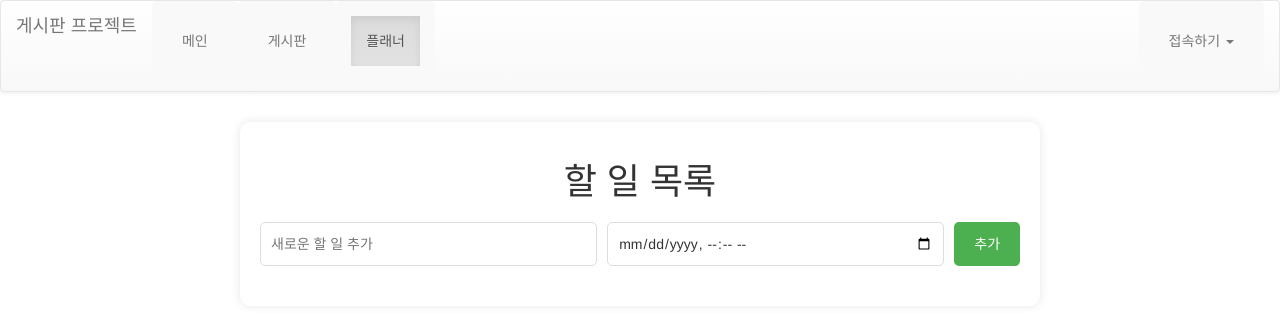
Repository: Seok7975/JSP-Education
Page: http://localhost/BBS/planner.jsp
An editor plug-in stored every save of this project. The page is shown before and after the next save, followed by the edit.
The browser window is 1280 px wide. The pictures show the whole page.
Some web libraries are served in a nearby version. The page is served by Tomcat 9.

Above is the page before, as saved 2024-06-10 06:52:20.

After the next save:
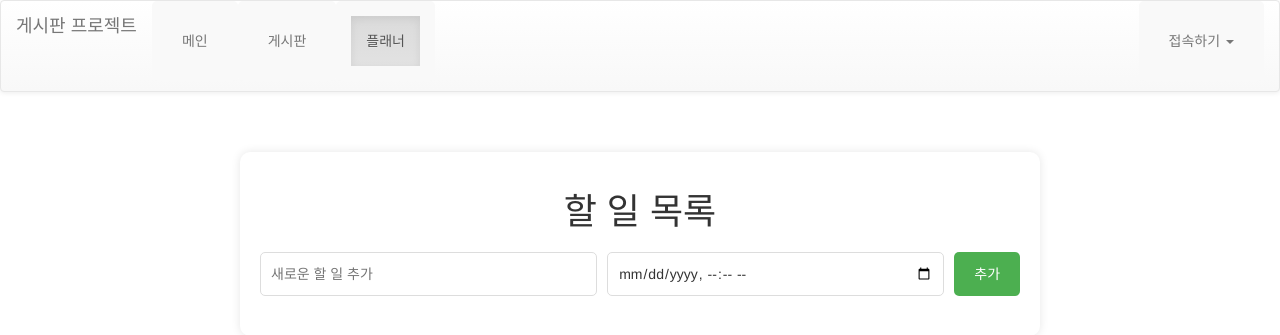
Saved 109 s later.
--- a/List_Projects/BBS/src/main/webapp/planner.jsp
+++ b/List_Projects/BBS/src/main/webapp/planner.jsp
@@ -16,7 +16,7 @@
     <style>
             .container2 {
             max-width: 800px;
-            margin: 30px auto;
+            margin: 60px auto;
             padding: 20px;
             background: #fff;
             border-radius: 10px;

After the save that followed:
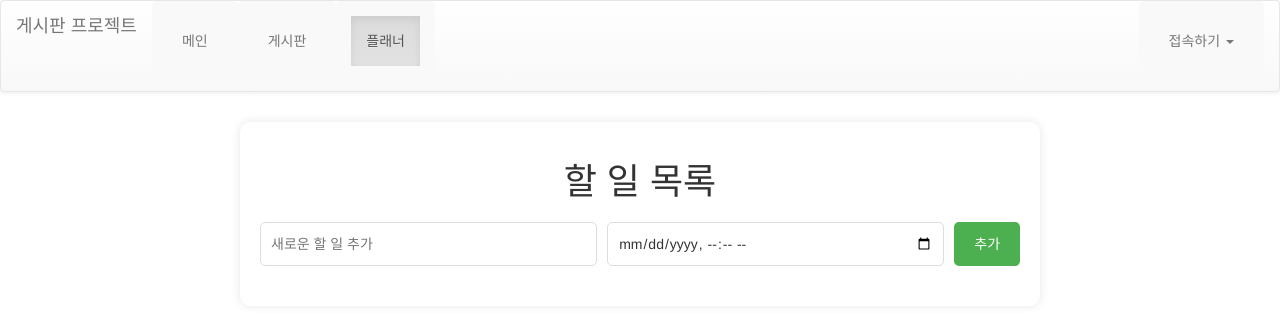
Saved 8 s later.
--- a/List_Projects/BBS/src/main/webapp/planner.jsp
+++ b/List_Projects/BBS/src/main/webapp/planner.jsp
@@ -16,7 +16,7 @@
     <style>
             .container2 {
             max-width: 800px;
-            margin: 60px auto;
+            margin: 30px auto;
             padding: 20px;
             background: #fff;
             border-radius: 10px;
